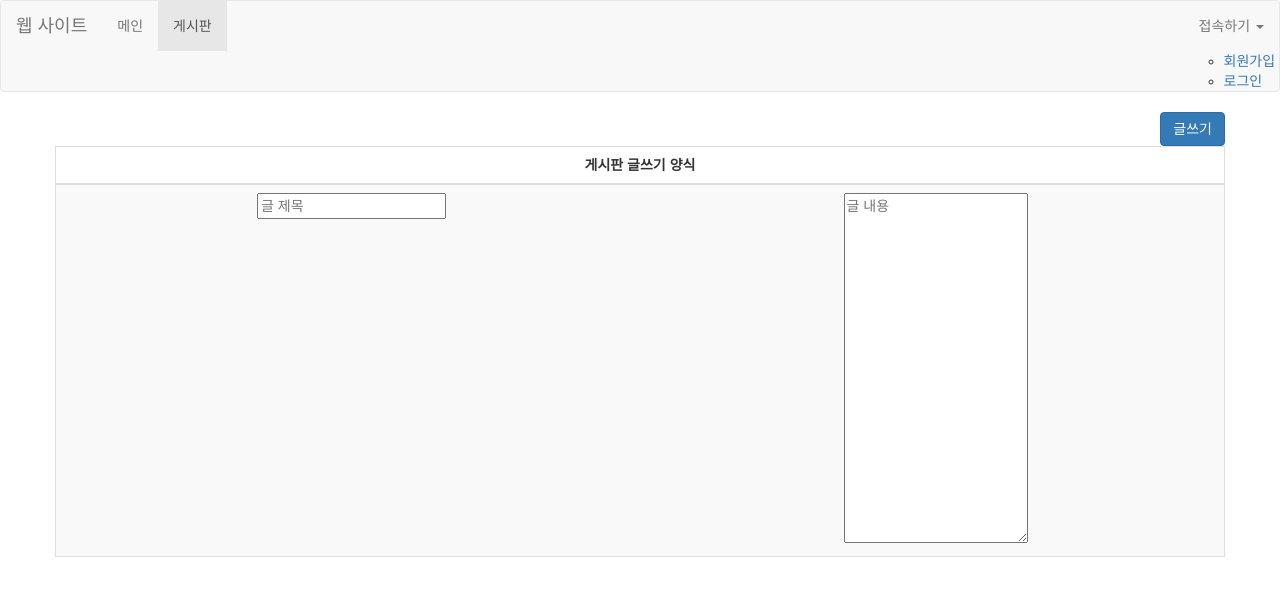
Repository: hayeon/JSP_BBS
Page: http://localhost/BBS/write.jsp
An editor plug-in stored every save of this project. The page is shown before and after the next save, followed by the edit.
The browser window is 1280 px wide. The pictures show the whole page.
The page is served by Tomcat 9. Other server files are loaded and not shown.

Above is the page before, as saved 2021-07-24 14:07:08.
Console error (its wording comes from the project's code and is left out).

### notice_board/BBS/WebContent/write.jsp
<%@ page language="java" contentType="text/html; charset=UTF-8"
	pageEncoding="UTF-8"%>
<%@ page import="java.io.PrintWriter"%>
<!DOCTYPE html>
<html>
<head>
<meta http-equiv="Content-Type" content="text/html; charset= UTF-8">
<meta name="viewport" content="width=device.width" , initial-scale="1">
<!--부트스트랩은 사이즈가 디바이스마다 깔쌈하게 크기가 변경되게 도와줌  -->
<link rel="stylesheet" href="css/bootstrap.css">
<!--스타일시트 참조, css폴더 안에 부트스트랩 참조-->
<title>JSP 웹 사이트</title>
</head>

<body>
	<%
	//로그인 안 하면 NULL값이 담기게 됨
	String userID = null;
	if (session.getAttribute("userID") != null) {
		userID = (String) session.getAttribute("userID");
	}
	%>
	<nav class="navbar navbar-default">
		<!--네이게이션바-->

		<div class="navbar-header">
			<button type="button" class="navbar-toggle collapsed"
				data-toggle="collapse" data-target="#bs-example-navbar-collapse-1"
				aria-expanded="false">
				<span class="icon-bar"></span>
				<!--아이콘 바에 작대기 그리기 4개 넣었으니 4줄-->
				<span class="icon-bar"></span> <span class="icon-bar"></span> <span
					class="icon-bar"></span>
			</button>

			<a class="navbar-brand" href="main.jsp"> 웹 사이트</a>
		</div>

		<div class="collapse navbar-collapse"
			id="bs-example-navbar-collapse-1">
			<ul class="nav navbar-nav">
				<!--ul은 리스트를 보여줌-->

				<li><a href="main.jsp">메인 </a></li>
				<!-- 메인으로 이동함 -->
				<li class="active"><a href="bbs.jsp">게시판 </a></li>
				<!-- 게시판으로 이동함 -->
			</ul>
			<%
			if (userID == null) { //로그인이 안되었다면
			%>

			<ul class="nav navbar-nav navbar-right">
				<li class="dropdown"><a href="#" class="dropdown-toggle"
					data-toggle="dropdown" role="buttton" aria-haspopup="true"
					aria-expanded="false">접속하기 <span class="caret"></span></a>

					<ul class="dropdowon-menu">
						<li><a href="join.jsp">회원가입</a></li>
						<li><a href="login.jsp">로그인</a></li>

						<!-- 액티브는 단 한개의 홈페이지에만 선택된 홈페이지 의미 -->

					</ul></li>
			</ul>
			<%
			} else {
			%>
			<ul class="nav navbar-nav navbar-right">
				<li class="dropdown"><a href="#" class="dropdown-toggle"
					data-toggle="dropdown" role="buttton" aria-haspopup="true"
					aria-expanded="false">회원관리 <span class="caret"></span></a>
					<ul class="dropdowon-menu">
						<li><a href="logoutAction.jsp">로그아웃</a></li>

					</ul></li>
			</ul>
			<%
			}
			%>

		</div>
	</nav>
	<div class="container">
		<div class="row">
			<table class="table table-striped"
				style="text-align: center; border: 1px solid #dddddd">
				<thead>
					<tr>
						<th colspan ="2" style="background-color: #eeeee; text-align: center;">게시판 글쓰기 양식</th>

					</tr>
				</thead>
				<tbody>
				<tr>
				<td><input type="text" clas= "form-control" placeholder="글 제목" name ="bbsTitle" maxlength ="50"></td>
				<td><textarea type="text" clas= "form-control" placeholder="글 내용" name ="bbsContent"
				maxlength ="2048" style="height:350px;"></textarea></td>
				</tr>
				</tbody>
				<a href = "write.jsp" class ="btn btn"

			</table>
		<a href = "write.jsp" class= "btn btn-primary pull-right">글쓰기</a>
		</div>
	</div>


	<script
		src="https://maxcdn.bootstrapcdn.com/bootstrap/3.3.7/js/bootstrap.min.js"></script>
	<script src="js/bootstrap.js">

	</script>
	<!-- js폴더 안에 부트스트랩 참조 -->
</body>
</html>

Loaded but not shown: notice_board/BBS/WebContent/css/bootstrap.css (library); notice_board/BBS/WebContent/js/bootstrap.js (library)

After the next save:
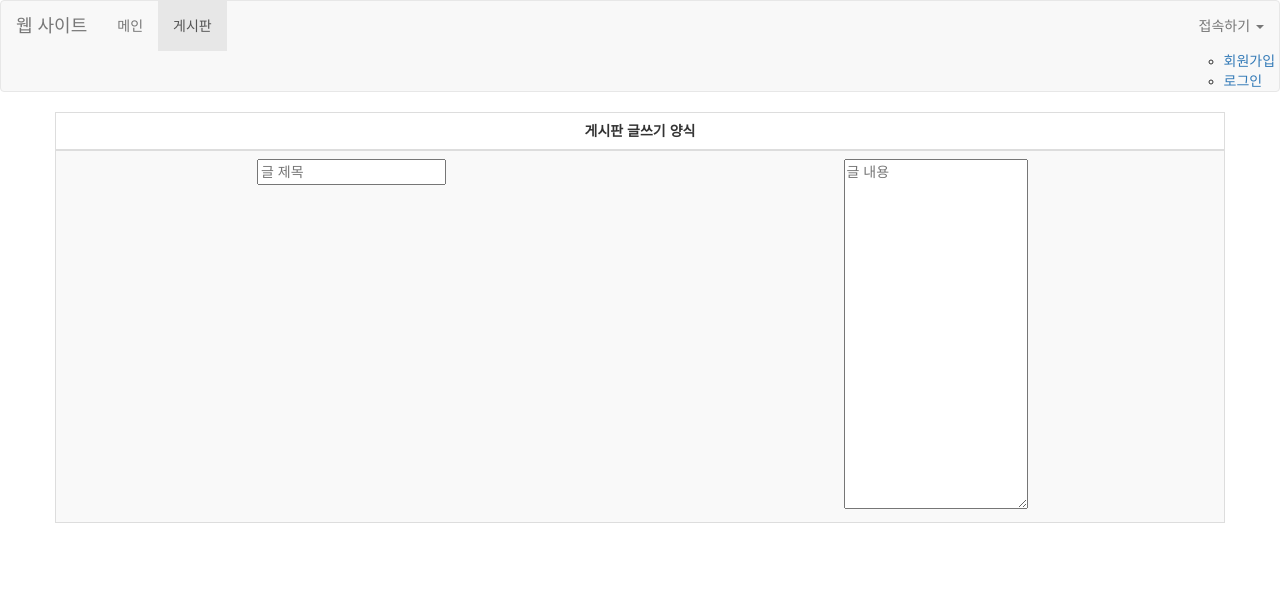
Saved 20 s later.
--- a/notice_board/BBS/WebContent/write.jsp
+++ b/notice_board/BBS/WebContent/write.jsp
@@ -98,10 +98,8 @@
 				maxlength ="2048" style="height:350px;"></textarea></td>
 				</tr>
 				</tbody>
-				<a href = "write.jsp" class ="btn btn"
+			</table>
 
-			</table>
-		<a href = "write.jsp" class= "btn btn-primary pull-right">글쓰기</a>
 		</div>
 	</div>
 
